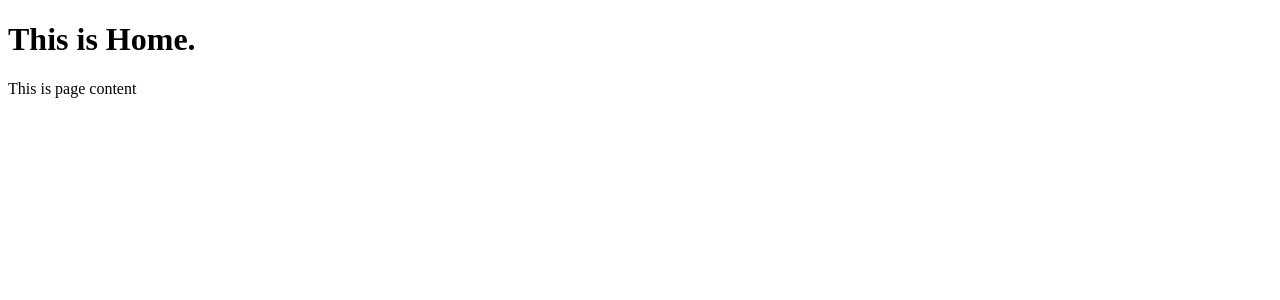
Repository: mrhpn/JavaEE--JSP-SERVLET
Page: http://localhost/JSP_JSTL/include-demo-home1.jsp
An editor plug-in stored every save of this project. The page is shown before and after the next save, followed by the edit.
The browser window is 1280 px wide. The pictures show the whole page.
The page is served by Tomcat 9.

Above is the page before, as saved 2021-04-01 06:43:01.

### JSP_JSTL/WebContent/include-demo-home1.jsp
<%@ page language="java" contentType="text/html; charset=ISO-8859-1"
    pageEncoding="ISO-8859-1"%>
<!DOCTYPE html>
<html>
<head>
<meta charset="ISO-8859-1">
<title>Home 1</title>
</head>
<body>
	<header>
		<h1>This is Home.</h1>
	</header>

	<p>This is page content</p>
</body>
</html>

After the next save:
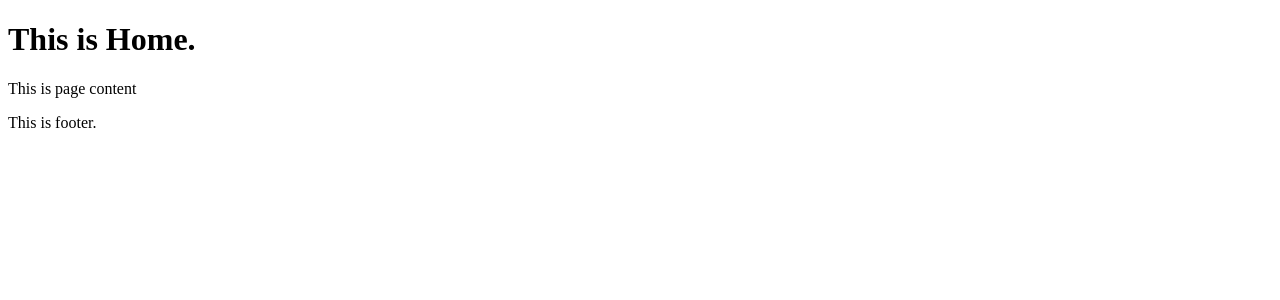
Saved 26 s later.
--- a/JSP_JSTL/WebContent/include-demo-home1.jsp
+++ b/JSP_JSTL/WebContent/include-demo-home1.jsp
@@ -12,5 +12,9 @@
 	</header>
 
 	<p>This is page content</p>
+
+	<footer>
+		This is footer.
+	</footer>
 </body>
 </html>
